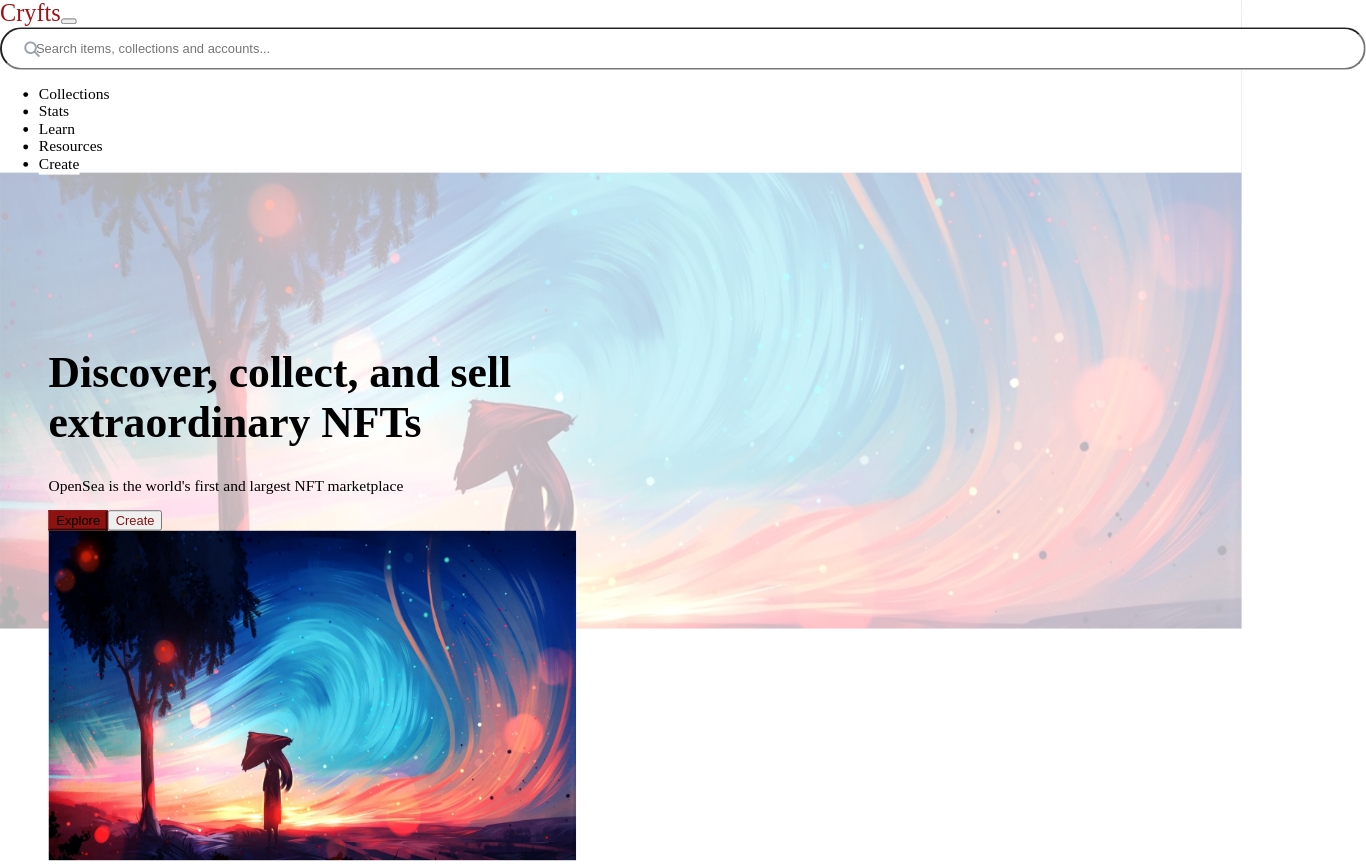
Repository: Huzaifa-2609/opensea_project
Page: /
An editor plug-in stored every save of this project. The page is shown before and after the next save, followed by the edit.
The browser window is 1280 px wide. The page is 1408 px wide, so the pictures cover 1408 px, including what lies to the right of the window. The pictures show the whole page, at 97% of full size.
Some web libraries are served in a nearby version. The project was rebuilt for these pictures with package versions that can differ from the ones it lists, and the page was loaded fresh each time. The framework's server and built-in components were replaced by stand-ins that run in the browser. Also part of the build but not shown: next.config.js, styles/Home.module.css.

Above is the page before, as saved 2022-07-09 20:05:16.

### pages/_app.js
import Navbar from '../components/Navbar'
import '../styles/globals.css'
import Head from "next/head"
import Script from 'next/script'
import "../styles/hero.css"
function MyApp({ Component, pageProps }) {
  return(
    <>
    <Script src="https://kit.fontawesome.com/30bda3e318.js" crossorigin="anonymous"></Script>
    <Script src="https://cdn.jsdelivr.net/npm/bootstrap@5.2.0-beta1/dist/js/bootstrap.bundle.min.js" integrity="sha384-pprn3073KE6tl6bjs2QrFaJGz5/SUsLqktiwsUTF55Jfv3qYSDhgCecCxMW52nD2" crossOrigin="anonymous"></Script>
    <Navbar title={"Cryfts"}/>
  <Component {...pageProps} />
  </>
  )
}

export default MyApp

### pages/_document.js
import { Html, Head, Main, NextScript } from 'next/document'

export default function Document() {
  return (
    <Html>
      <Head>
      <link href="https://cdn.jsdelivr.net/npm/bootstrap@5.2.0-beta1/dist/css/bootstrap.min.css" rel="stylesheet" integrity="sha384-0evHe/X+R7YkIZDRvuzKMRqM+OrBnVFBL6DOitfPri4tjfHxaWutUpFmBp4vmVor" crossOrigin="anonymous"/>
      </Head>
      <body>
        <Main />
        <NextScript />
      </body>
    </Html>
  )
}

### pages/index.js
import Head from 'next/head'
import Image from 'next/image'
import Hero from '../components/Hero'
import styles from '../styles/Home.module.css'

export default function Home() {
  return (
    <>
    <div>
      <Head>
        <title>Create Next App</title>
        <meta name="description" content="Generated by create next app" />
        <link rel="icon" href="/favicon.ico" />
      </Head>
         </div>
      <Hero/>
      </>
  )
}

### components/Navbar.js
import React from 'react'
import Link from 'next/link'
import { useRouter } from 'next/router'
const Navbar = (props) => {
  const location=useRouter();
  return (
    <div>
      <nav className="navbar shadow-sm fixed-top navbar-expand-lg navbar-light">
  <div className="container-fluid">
    <a className="navbar-brand text-color fw-bolder ml-2" href="/">{props.title}</a>
    <button className="navbar-toggler" type="button" data-bs-toggle="collapse" data-bs-target="#navbarSupportedContent" aria-controls="navbarSupportedContent" aria-expanded="false" aria-label="Toggle navigation">
      <span className="navbar-toggler-icon"></span>
    </button>

    <div className="collapse navbar-collapse" style={{width:"50%"}} id="navbarSupportedContent">

            <div className="row height d-flex justify-content-center align-items-center">

                <div className="form">
                  <i className="fa fa-search"></i>
                  <input type="text" className="form-control form-input" placeholder="Search items, collections and accounts..."/>
                </div>

            </div>


      <ul className="navbar-nav gap-4 m-auto mb-2 mb-lg-0 fw-bold" style={location.pathname==="/signup"?{visibility:"hidden"}:{}}>
      <li className="nav-item">
          <Link href="/collections/0x7132e1d414161A232c2027aE6C66D7914649bA66"><a className="nav-link " aria-current="page" >Collections</a></Link>
        </li>
        <li className="nav-item">
          <Link href="/"><a className="nav-link" aria-current="page" >Stats</a></Link>
        </li>
        <li className="nav-item">
          <Link href="/"><a className="nav-link " >Learn</a></Link>
        </li>

        <li className="nav-item dropdown">
          <Link href="/"><a className="nav-link dropdown-toggle pe-none"  id="navbarDropdown" role="button" data-bs-toggle="dropdown" aria-expanded="false">
            Resources
          </a></Link>
          <ul className="dropdown-menu" aria-labelledby="navbarDropdown">
            <li><Link href="/"><a className="dropdown-item" >Action</a></Link></li>
            <li><Link href="/"><a className="dropdown-item" >Another action</a></Link></li>
            <li><hr className="dropdown-divider"/></li>
            <li><Link href="/"><a className="dropdown-item" >Something else here</a></Link></li>
          </ul>
        </li>
        <li className="nav-item">
          <Link  href="/"><a className="nav-link">Create</a></Link>
        </li>
      </ul >
      {/* <form className="d-flex" role="search">
        <ul className="navbar-nav gap-3 media" style={location.pathname==="/signup"?{display:"none"}:{}}>
      <li className="nav-item float-right">
          <Link href="/login"><a className="nav-link"  >Sign in</a></Link>
    </li>
      <li className="nav-item mx-2">
    <Link href='/signup'><a className="btn btn1 btn-primary bd-color bg-color"  style={location.pathname==="/signup"?{display:"none"}:{}} type="submit">Get Started</a></Link>
    </li>
        </ul>
      </form> */}
    </div>
  </div>
</nav>
    </div>
  )
}

export default Navbar

### styles/globals.css
:root {
  --light: #9f1313;
  --dark: #8d1212;
}
html,
body {
  padding: 0;
  margin: 0;
  /* font-family: -apple-system, BlinkMacSystemFont, Segoe UI, Roboto, Oxygen,
    Ubuntu, Cantarell, Fira Sans, Droid Sans, Helvetica Neue, sans-serif; */
}

a {
  color: inherit;
  text-decoration: none;
}

* {
  box-sizing: border-box;
}
@media all and (min-width: 992px) {
  .navbar .nav-item .dropdown-menu{ display: none; }
  .navbar .nav-item .nav-link{ border-bottom:3px solid white;  }
  .navbar .nav-item:hover .nav-link{ border-bottom:3px solid var(--light);  }
  .navbar .nav-item:hover .dropdown-menu{ display: block; }
  .navbar .nav-item .dropdown-menu{ margin-top:0; }


}
@media all and (max-width: 992px){
  .pic{display: none;}
  .signup-cls{   margin-top: 15% !important;}
  .signin-cls .card{border:none; box-shadow: none !important;}
  .media{display: none;}
  .empass{flex-direction: column ;}
}

nav {
  /* border-bottom:1px solid #ede4e4; */
  background-color: white;
}
.comp1{
  width: 22rem;
  border: none;

}
.comp{
  margin: 90px 0px;
}
.text-color{
  color: var(--dark);
}
.bg-color{
  background-color: var(--dark);
}
.btn1:hover{
  background-color: var(--light);
  border-color: var(--dark);

}
.bd-color{
  border-color: var(--dark);
}
.navbar-light .navbar-brand{
  color: var(--dark);
}
.navbar-light .navbar-brand:hover{
  color: var(--light);
}
.navbar-brand{
  font-size: 25px;
}
.link-hover :hover{
  color: var(--dark);
}
.form-check-label-color{
  color: var(--dark);
}
.form-outline{
  width: 75%!important;
}
.form-control:focus {
  border-color: #ced4da;
  box-shadow: none!important;
}

/* Navbar search css */
.form{
  position: relative;

}

.form .fa-search{

  position: absolute;
  top:15px;
  left: 25px;
  color: #9ca3af;

}

.form span{

  position: absolute;
  right: 17px;
  top: 13px;
  padding: 2px;
  border-left: 1px solid #d1d5db;

}

.left-pan{
  padding-left: 7px;
}

.left-pan i{

 padding-left: 10px;
}

.form-input{
  width: 220%;
  height: 44px;
  text-indent: 33px;
  border-radius: 40px;
}

.form-input:focus{

  box-shadow: none;
  border:none;
}

### styles/hero.css
/* .body{
} */
/* .bg{
    background: url("../public/nftbg.jpg") no-repeat center center/cover;
} */
.bg::before{
    content: "";
    background:url("../public/nftbg.jpg") no-repeat center center/cover;
    position: absolute;
    height:90%;
    width:100%;
    z-index: -1;
    opacity: 0.3;
    top: 0px;
    left: 0px;
}

### components/Hero.js
import React from "react";
import Image from "next/image";
import img from "../public/nftbg.jpg";

const Hero = () => {
  const style = {
    marginTop: "100px",
    height: "70vh",
    padding: "50px",
  };
  return (
    <>
      <div
        className=" d-flex justify-content-between bg align-items-center "
        style={style}
      >
        <div
          className="card mb-3 border-0 bg-transparent"
          style={{ width: "34rem" }}
        >
          <div className="card-body">
            <h1 className="card-title " style={{ fontSize: "45px" }}>
              Discover, collect, and sell extraordinary NFTs
            </h1>
            <p className="card-subtitle text-muted mt-3 fs-3">
              OpenSea is the world's first and largest NFT marketplace
            </p>
          </div>
          <div className="d-flex gap-4 m-2">
          <button type="button" class="btn btn-primary bd-color bg-color btn1 btn-lg fs1 w-25 py-2">
            Explore
          </button>
          <button type="button" class="btn btn-light shadow-sm btn-lg text-color fs1 w-25 py-2">
            Create
          </button>
          </div>
        </div>
        <div className="card mb-3 border-0 " style={{ width: "34rem" }}>
          <Image
            src={img}
            className="card-img-top"
            alt="NFT image"
            style={{ height: "34rem" }}
          />
          {/* <div className="card-body">
            <h1 className="card-title">Discover, collect, and sell extraordinary NFTs</h1>
            <h3 className="card-subtitle text-muted mt-3">
            OpenSea is the world's first and largest NFT marketplace
            </h3>
          </div> */}
        </div>
      </div>
    </>
  );
};

export default Hero;

After the next save:
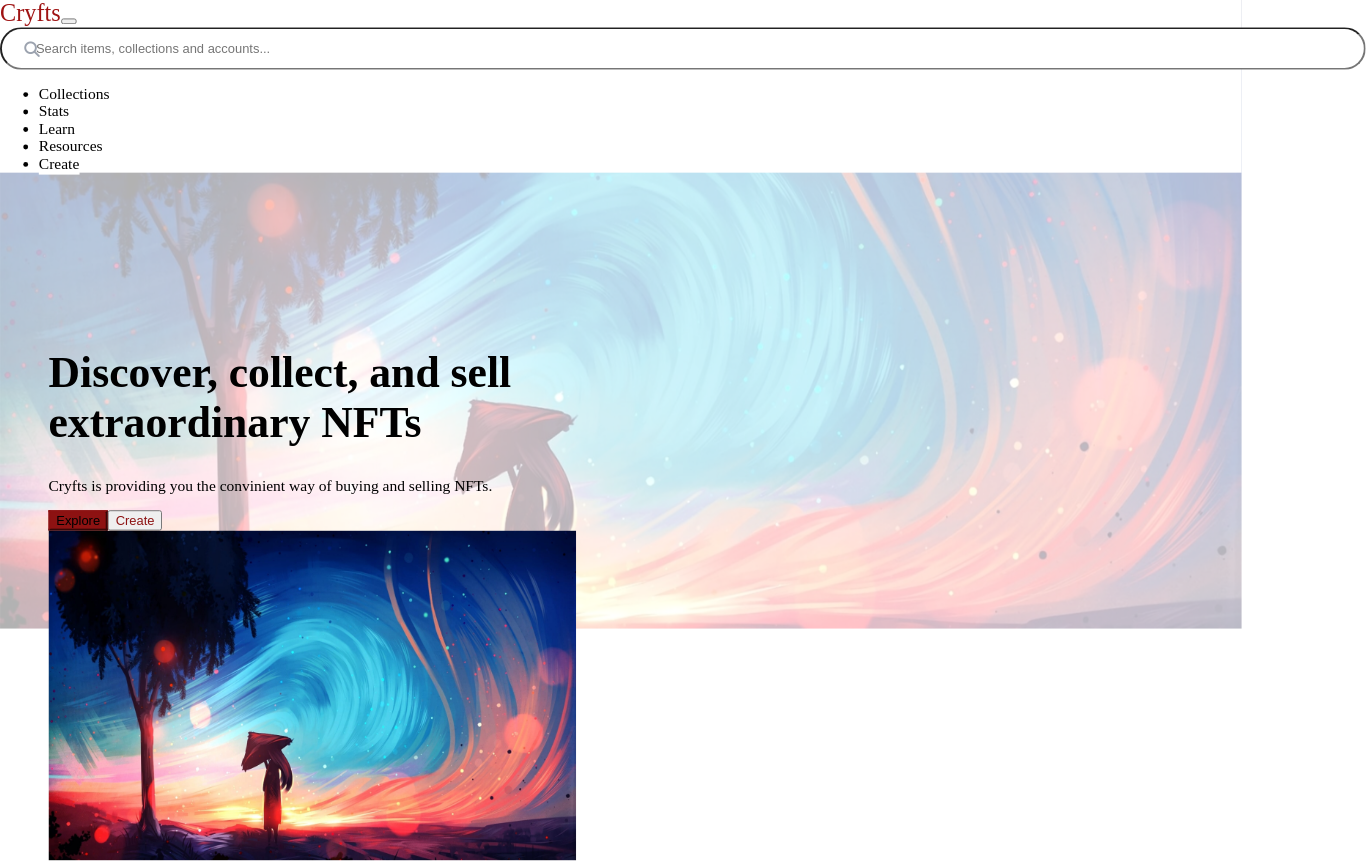
Saved 9 min 53 s later.
--- a/components/Hero.js
+++ b/components/Hero.js
@@ -23,7 +23,8 @@ const Hero = () => {
               Discover, collect, and sell extraordinary NFTs
             </h1>
             <p className="card-subtitle text-muted mt-3 fs-3">
-              OpenSea is the world's first and largest NFT marketplace
+              {/* Cryfts, is the world's first and largest NFT marketplace */}
+              Cryfts is providing you the convinient way of buying and selling NFTs.
             </p>
           </div>
           <div className="d-flex gap-4 m-2">
